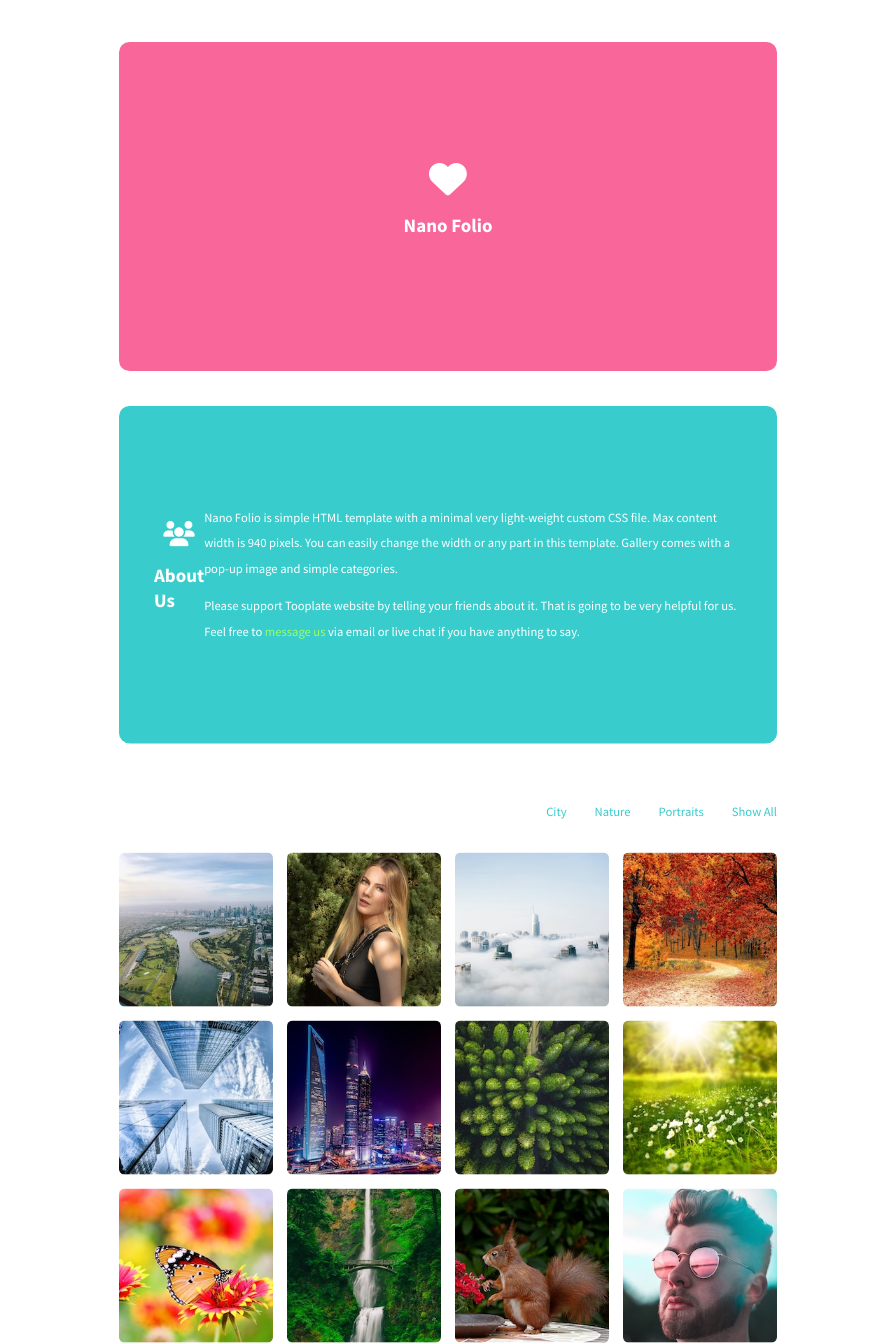
Repository: BuiVanVu102/Tooplate
Page: index.html
An editor plug-in stored every save of this project. The page is shown before and after the next save, followed by the edit.
The browser window is 1280 px wide. The pictures show the part of the page from y = 0 to 1920 px (the page is 2582 px tall), at 70% of full size.
Some web libraries are served in a nearby version. The style sheet was rebuilt from its Sass, Less or Tailwind sources for each picture, by a compiler version that may differ from the author's.

Above is the page before, as saved 2021-11-17 10:39:44.

After the next save:
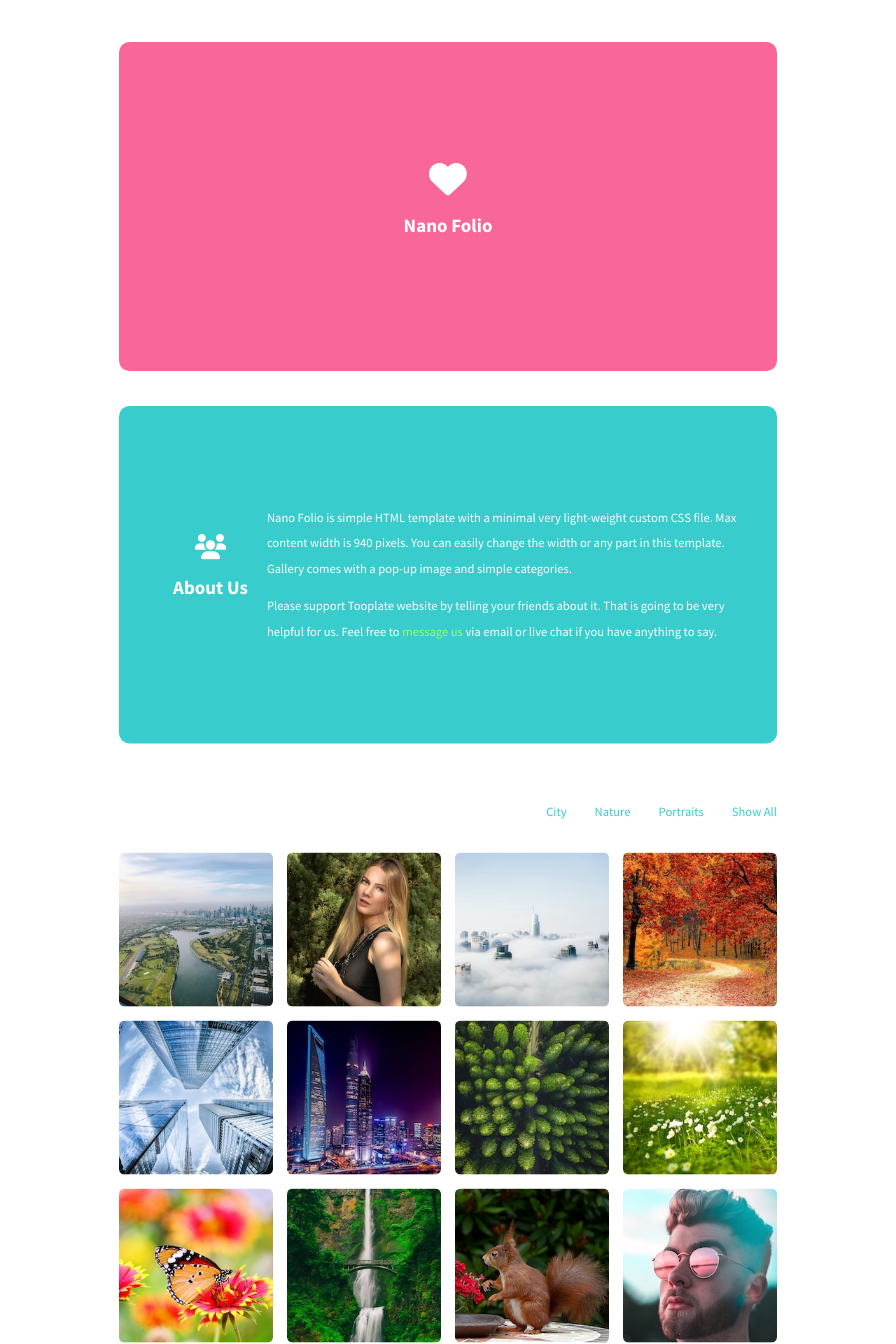
Saved 2 min 22 s later.
--- a/sass/_about.scss
+++ b/sass/_about.scss
@@ -23,7 +23,7 @@
 		align-items: center;
 		justify-content: center;
 
-		// min-width: 420px;
+		width: 420px;
 		min-height:382px;
 
 

After the 4 saves that followed:
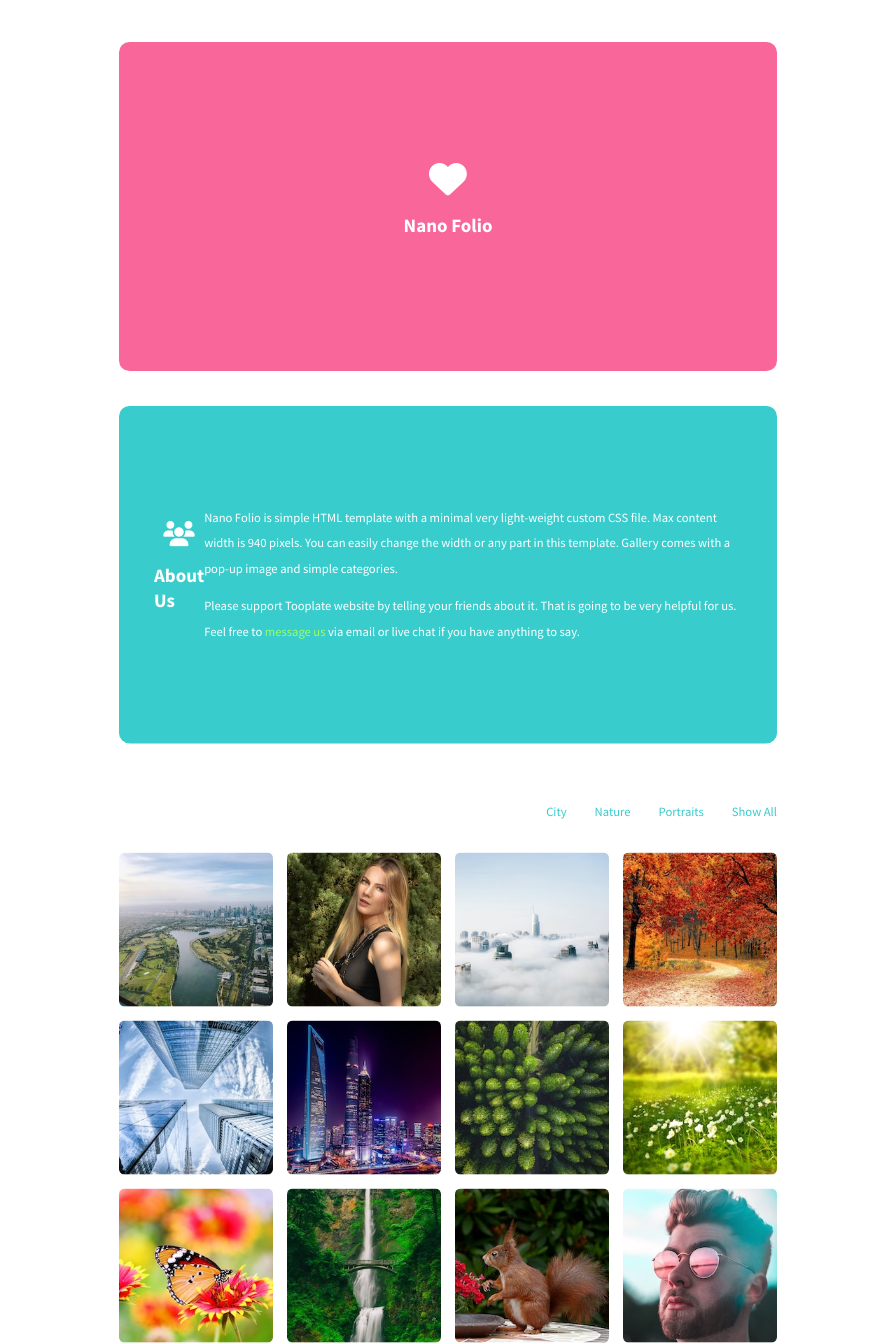
The 4 saves are shown as one change because 3 left the picture as it was.
The last was saved 57 s later.
--- a/sass/_about.scss
+++ b/sass/_about.scss
@@ -22,6 +22,8 @@
 		flex-direction: column;
 		align-items: center;
 		justify-content: center;
+		flex-grow: 1;
+		flex-basis: 0;
 
 		width: 420px;
 		min-height:382px;
